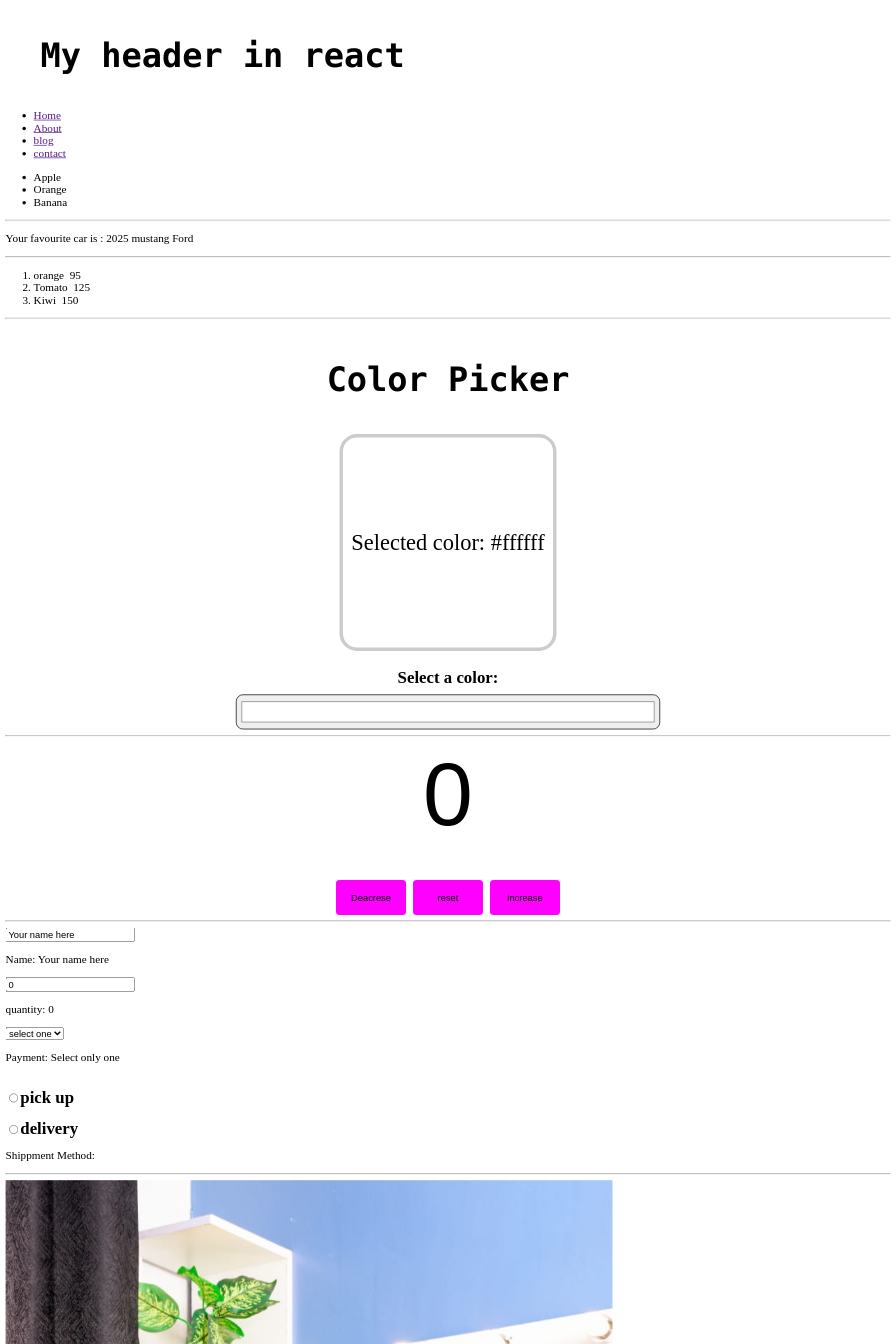
Repository: profbkmurage/reactLearning
Page: /
These files come from the project's save history. The page is drawn as it stood at one moment and after the next save; the edit follows.
The browser window is 1280 px wide. The pictures show the part of the page from y = 0 to 1920 px (the page is 4860 px tall before and 4886 px after), at 70% of full size.
The project was rebuilt for these pictures with package versions that can differ from the ones it lists, and the page was loaded fresh each time. Also part of the build but not shown: vite.config.js.

Above is the page before, as saved 2025-01-28 14:50:53.

### src/index.css
 .card{
  border: 1px solid hsl(0, 0%, 80%);
  border-radius: 10px;
  box-shadow: 5px 5px 5px hsl(0, 0, 0.1)                                5;
  padding: 20px;
  margin: 10px;
  text-align: center;
  max-width: 250px;
  display: inline-block;
}

.card .cardImage{
  border-radius: 50%;
  max-width: 70%;
  height: auto;
  margin-bottom: 8px;
}

.card .cardTitle{
  font-family: Arial, Helvetica, sans-serif;
  margin: 0;
  color: hsl(0, 0, 20%);
}

.card .cardText{
  font-family: Arial, Helvetica, sans-serif;
  color: hsl(0, 0, 30%);
}

.welcome-message{
  font-size: 2.5em;
  background-color: rgb(4, 74, 4);
  color: white;
  padding: 10px;
  border-radius: 5px;
  margin: 0;
}

.login-prompt{
  font-size: 2.5em;
  background-color: rgb(219, 14, 14);
  color: white;
  padding: 10px;
  border-radius: 5px;
  margin: 0;
}

.list-cartegory{
  font-size: 2.5em;
  font-weight:bold ;
  color: hsl(0, 0%, 100%);
  margin-bottom: 10px;
  text-align: center;
  border: 3px solid ;
  background-color: green;
  border-radius: 6px;
}


.list-item,.list-item{
  font-size: 2em;
  list-style: none;
  color: black;
  text-align: center;
  margin: 0;
}

.list-item li:hover{
  background-color: rgb(2, 73, 6);
  color: white;
}

.counter-div{
  text-align: center;
  font-family: Arial, Helvetica, sans-serif;
}

.count-display{
  font-size: 8em;
  margin-top: 0;
  margin-bottom: 50px;
}

.bttn{
   width: 100px;
   height: 50px;
   font-size: 1.2 em;
   margin: 0 5px;
   background-color: magenta;
   color: black;
   border: none;
   border-radius: 5px;
   cursor: pointer;
   display: inline-block;
   overflow: hidden;
}

.color-picker-container{
  display: flex;
  flex-direction: column;
  align-items: center;
}

h1{
  margin: 50px;
  font-size: 3rem;
  font-family: consolas;
}

.color-display{
  width: 300px;
  height: 300px;
  display: flex;
  justify-content: center;
  align-items: center;
  border: 5px solid hsl(0, 0%, 80%);
  border-radius: 25px;
  margin-bottom: 25px;
  transition: 0.25s ease;
}

.color-display p{
  color: hsl(0, 0, 20%);
  font-size: 2rem;
  text-align: center;
}

label{
  font-size: 1.5rem;
  font-weight: bold;
  margin-bottom: 10px;
}

input[type= "color"]{
  width: 48%;
  height: 50px;
  padding: 5px;
  border-radius: 10px;
  border: 3px solid hsl(0, 0, 80%);
}

### src/App.jsx
import Header from "./header";
import Footer from "./footer";
import Food from "./Food";
import Card from "./Card";
import Person from "./reactProps";
import profilePic from './assets/bk.jpg';
import UserGreeting from "./usergreeting";
import List from "./List";
import ReusableList from "./ReusableList";
import Button from "./Button";
import PicHide from "./PicHide";
import MyComponent from "./MyComponent.jsx"
import Counter from "./Counter.jsx";
import ChangeHandler from "./OnchangeFile.jsx";
import ColorPicker from "./ColorPicker.jsx";
import UpdaterFunction from "./UpdaterFunctions.jsx";
function App() {

    const fruits = [{ id:1 ,name: 'Banana', carlories: 50 },
                    { id: 2,name: 'orange', carlories: 95 },
                    { id: 3,name: 'Tomato', carlories: 125 },
                    { id: 4,name: 'Kiwi', carlories: 150 }
                    // the id willl help to give the key value which is necessary for react to keep track of the data in the list
    ];

    const vegetables = [{ id:5 ,name: 'Cabbage', carlories: 50 },
                    { id: 6,name: 'Kales', carlories: 95 },
                    { id: 7,name: 'Apple', carlories: 125 },
                    { id: 8,name: 'Brocolli', carlories: 150 }
                    // the id willl help to give the key value which is necessary for react to keep track of the data in the list
    ];

    const cars = [
    ];

  return (
    // since the retun statement here can only return one component, we tie all components in a fragment
    <>
      <Header></Header> {/* //can also be written as <Header/> */}

      <Food />
      <hr />
      <UpdaterFunction/>
      <hr />

      <List/> {/*this pulls from one componet that is not reusable*/}
      <hr />
      <ColorPicker/>
      <hr />
      <Counter/>
      <hr />
      <ChangeHandler/>
      <hr />
      <PicHide/>
      <hr />
     <MyComponent/>
      <hr />
      <Button/>
      <hr />
      <hr />
      <ReusableList items={fruits} cartegory ='Fruits'/> {/*this pulls from one componet that is reusable*/}
      <ReusableList items={vegetables} cartegory ='Vegetables '/> {/*this pulls from one componet that is reusable*/}
      {cars.length > 0 && <ReusableList items={cars} cartegory='Cars ' />} {/*this will render the car list conditionally such that when the list is empty then it will not appear on the frontend*/}
      <hr />

      <UserGreeting isLoggedIn= {true} userName= 'Prof'/>
      <hr />

      <Card/>
      <Card/>
      <hr />

      <Person name='Ben' imgsrc={profilePic} isStudent={false} description='lorem ihhdfcuyhyghfvvayhgjkjeijijeij' age={45} />
      <Person/>
      <hr />

      <Footer/>
    </>
  )
}
// card
export default App

### src/header.jsx

function Header() {
    // react components are only able to return one elememt only but you can tie children in the elements
    return (
        <header>
            <h1>My header in react</h1>
            <nav>
                <ul>
                    <li><a href="">Home</a></li>
                    <li><a href="">About</a></li>
                    <li><a href="">blog</a></li>
                    <li><a href="">contact</a></li>
                </ul>
            </nav>
        </header>
    )
}

export default Header;

### src/footer.jsx
function Footer() {
    return (
        <footer>
            <p>&copy;{new Date().getFullYear()} all rights reseved</p>
        </footer>
    )
}

export default Footer

### src/Food.jsx
function Food() {
    const food1 = 'Orange';
    const food2 = 'Banana';

    return (
        <ul>
            <li>Apple</li>
            <li>{food1}</li>
            <li>{food2}</li>
        </ul>
    )
}

export default Food

### src/Card.jsx
import profilePic from "./assets/bk.jpg"

function Card() {
    return (
        <div className="card">
            <img className="cardImage" src={profilePic} alt="" />
            <h2 className="cardTitle">Brian Murage</h2>
            <p className="cardText">I am a student currently taking a bachelors degree in education science</p>
        </div>
    );
}

export default Card

### src/reactProps.jsx
// you have to import proptypes so as to use and create the property types
import propTypes from "prop-types";
import defaultPic from "./assets/bk.jpg"

function Person(props) {
    return (
         <div className="card">
            <img className="cardImage" src={props.imgsrc} alt="a pic here" />
            <h2 className="cardTitle">{props.name}</h2>
            <p className="cardText">{props.description}</p>
            <p className="cardText">{props.age}</p>
            <p className="cardText">{props.isStudent ? 'yes' : 'no'} </p>
        </div>
    )
}

Person.propTypes = {
    name: propTypes.string,
    age: propTypes.number,
    description: propTypes.string,
    imgsrc: propTypes.string,
    isStudent: propTypes.bool
}
// props can have default values such that when not defined, these will take effect
Person.defaultProps = {
     name: 'no defined name',
    age: 'age not defined',
    description: 'no defined value here',
    imgsrc: defaultPic,
    isStudent: false
}

export default Person

### src/usergreeting.jsx
import propTypes from"prop-types"

function UserGreeting(props) {
    // if (props.isLoggedIn) {
    //     return (
    //         <h2>Welcome {props.userName}</h2>
    //     )
    // }this can be replced by a tenary operation
    const logInMessage = <h2 className="login-prompt">please login to continue</h2>;
    const loggedInMessage = <h2 className="welcome-message">welcome {props.userName}</h2>;

    return(props.isLoggedIn ? loggedInMessage : logInMessage)

}

UserGreeting.propTypes = {
    userName: propTypes.string,
    isLoggedIn: propTypes.bool
}

export default UserGreeting;

### src/List.jsx


function List() {
    const fruits = [{ id:1 ,name: 'Banana', carlories: 50 },
                    { id: 2,name: 'orange', carlories: 95 },
                    { id: 3,name: 'Tomato', carlories: 125 },
                    { id: 4,name: 'Kiwi', carlories: 150 }
                    // the id willl help to give the key value which is necessary for react to keep track of the data in the list
    ];
    // we can sort the list before we display it
    //fruits.sort((a, b) => a.name.localeCompare(b.name));  //this is using alphabetical
    // fruits.sort((a, b) => b.name.localeCompare(a.name));  //this is using reverse alphabetical

    // sorting by numerical values
    // fruits.sort((a,b) => b.carlories - a.carlories)

    // sorting by a specific criterion eg. get all that are greater than 94
    const lowCarlories = fruits.filter(fruit => fruit.carlories > 94);

    const listItems = lowCarlories.map(lowCarlorie => <li key={lowCarlorie.id}>
                                            {lowCarlorie.name} &nbsp;
                                            {lowCarlorie.carlories}
                                            </li>);
    return (
        <ol>{listItems}</ol>
    )
}

export default List

### src/ReusableList.jsx
import propTypes from 'prop-types';

function ReusableList(props) {
    const cartegory = props.cartegory;
    const itemList = props.items;

    const listItems = itemList.map(item => <li key={item.id}>
                                    {item.name}: &nbsp;
                                    <b>{item.calories}</b>
                                </li> );
    return (<>
        <h3 className='list-cartegory'>{cartegory}</h3>
        <ol className='list-item'>{listItems}</ol>
    </>)
}

ReusableList.propTypes = {
    cartegory : propTypes.string,
    items: propTypes.arrayOf(propTypes.shape({
        id: propTypes.number,
        name: propTypes.string,
        calories: propTypes.number
    }))
}

ReusableList.defaultProps = {
    cartegory: 'Cartegory',
    items: []
}

export default ReusableList;

### src/Button.jsx
function Button() {
    // const handleClick = () => alert('Hi there');

    let count = 0;
    const handleClickParams = (name) => {
        if (count < 3) {
            count++;
            alert(`${name} you clicked me ${count} times!`);
        } else {
            alert(name + ' stop clicking me now!')
        }

    }
    return (
        <>
        {/* <button onClick ={handleClick}>click me now 😂😂</button> */}
            <button onClick={()=>handleClickParams('Brian')}>click me now 😂😂</button>
            </>
    )
}

export default Button

### src/PicHide.jsx
function PicHide() {
    const imgURL = './src/assets/bk.jpg';

    const handleClick = (e) => e.target.style.display = 'none';

    return (
        <img onClick={(e)=> handleClick(e)} src={imgURL} alt="" ></img>
    )
}

export default PicHide

### src/MyComponent.jsx
import {useState} from "react";

function MyComponent() {
    const [name, setName] = useState('Guest');
    const [age, setAge] = useState(0);
    const [isEmployed, setIsEmployed] = useState(false);

    const updateName = () => {
        setName('Oswad Coberpolt')
    }

    const incrementAge = () => {
        setAge(age + 1);
    }

    const toogleEmployedStatus = () => {
        setIsEmployed(!isEmployed);
    }

    return (
        <div>
            <p>Name: {name}</p>
            <button onClick={updateName}>Set Name</button>

            <p>Age: {age}</p>
            <button onClick={incrementAge}>Set age</button>

            <p>Is Employed: {isEmployed?'Yes': 'No'}</p>
            <button onClick={toogleEmployedStatus}>Toogle employment status</button>
        </div>
    )
}

export default MyComponent;

### src/Counter.jsx
import  { useState } from "react";

function Counter() {
    let [counter, setCounter] = useState(0);

    const increment = () => {
        setCounter(counter++);
    }

    const decrement = () => {
        setCounter(counter--);
    }

    const reset = () => {
        setCounter(0);
    }

    return (
        <div className="counter-div">
            <p className="count-display">{counter}</p>
            <button onClick={decrement} className="bttn counter-decrease">Deacrese</button>
            <button onClick={reset} className="bttn reset">reset</button>
            <button onClick={increment} className="bttn increase">increase</button>
        </div>
    )

}

export default Counter

### src/OnchangeFile.jsx
import { useState } from "react";

function ChangeHandler() {
    const [name, setName] = useState('Your name here');
    const [quantity, setQuantity] = useState(0);
    const [paymentMode, setPaymentMode] = useState('Select only one');
    const [shippingMethod,setShipMethod] = useState('')

    function handleNameChange(event) {
        setName(event.target.value);
    }

    function handleQuantity(event) {
        setQuantity(event.target.value);
    }

    function handlePaymentMode() {
        setPaymentMode(event.target.value);
    }

    function handleShipment(event) {
        setShipMethod(event.target.value);
    }

    return (
        <div>
            <input type="text" value={name} onChange={handleNameChange} />
            <p>Name: {name}</p>

            <input type="number" value={quantity} onChange={handleQuantity } />
            <p>quantity: {quantity}</p>

            <select name="" id="" value={paymentMode} onChange={handlePaymentMode}>
                <option value="">select one</option>
                <option value="visa">visa</option>
                <option value="master">master</option>
                <option value="giftCard">giftCard</option>
                <option value="mpesa">mpesa</option>
            </select>
            <p>Payment: {paymentMode}</p>
            <br />
            <label >
                <input type="radio" value='pick up' checked = {shippingMethod === 'pick up'} onChange={handleShipment} />
                pick up
            </label><br />
            <br />
            <label >
                <input type="radio" value='delivery' checked = {shippingMethod === 'delivery'} onChange={handleShipment} />
                delivery
            </label><br />
            <p>Shippment Method: {shippingMethod}</p>
        </div>
    )
}

export default ChangeHandler;

### src/ColorPicker.jsx
import { useState } from "react";

function ColorPicker() {
    const [color, setColor] = useState("#ffffff");

    function handleColorChange(event) {
        setColor(event.target.value)
    }

    return (
        <div className="color-picker-container">
            <h1>Color Picker</h1>
            <div className="color-display" style={{ backgroundColor: color }}>
                <p>Selected color: {color}</p>
            </div>
            <label htmlFor="">Select a color: </label>
            <input type="color" value={color} onChange={handleColorChange} />
        </div>
    )
}

export default ColorPicker;

### src/UpdaterFunctions.jsx
import { useState } from "react";

function UpdaterFunction() {
    const [car, setCar] = useState({
        year: 2025,
        make: "Ford",
        model: "mustang"
    })

    return (
        <div>
            <p>Your favourite car is : {car.year} {car.model} {car.make}</p>
            {/* the goal here is to have the data in the paragraph change depending on what the user wants, so we need to have some inputs */}

        </div>
    )
}

export default UpdaterFunction;

Loaded but not shown: index.html (common file); src/main.jsx (common file)

After the next save:
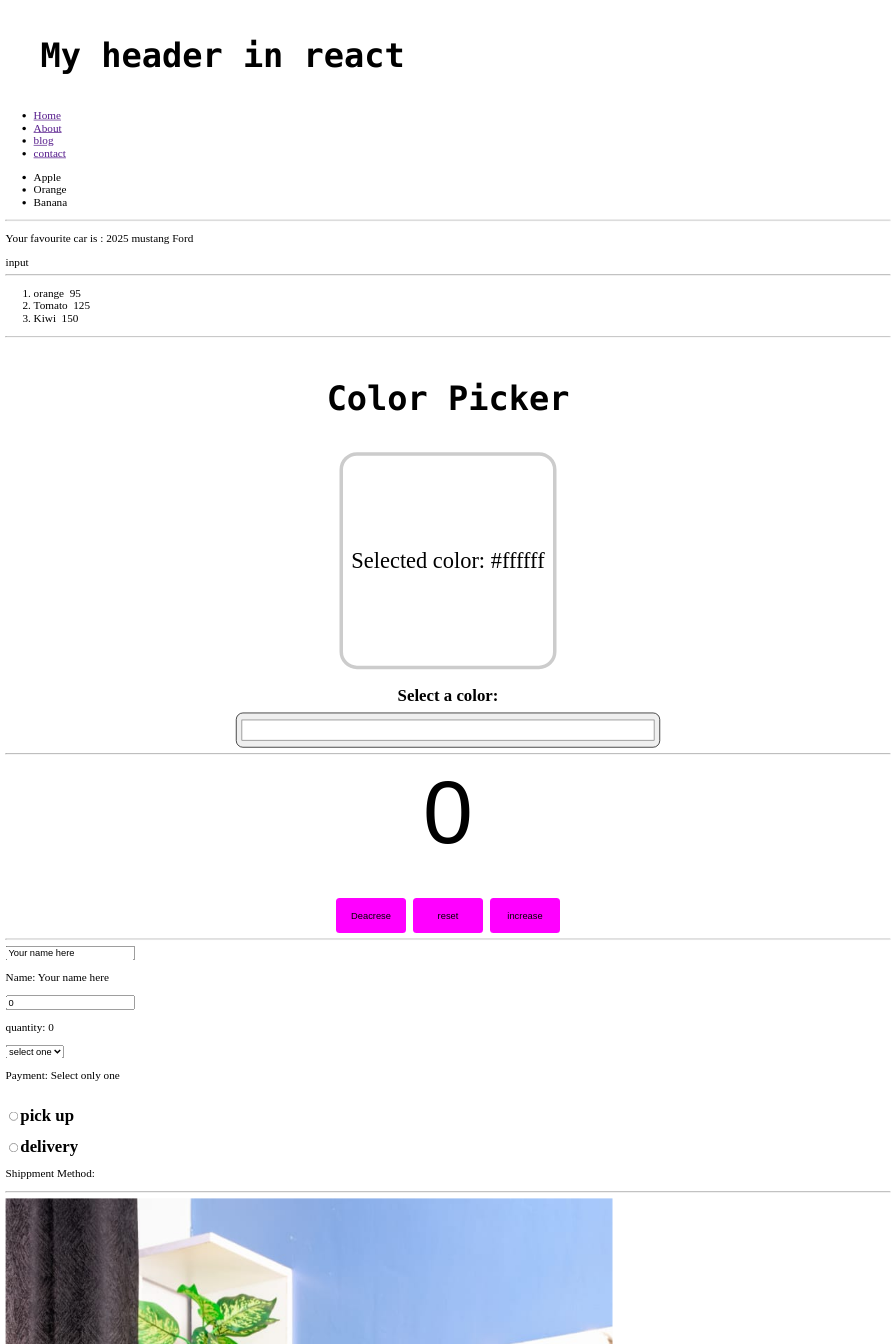
Saved 6 s later.
--- a/src/UpdaterFunctions.jsx
+++ b/src/UpdaterFunctions.jsx
@@ -11,7 +11,7 @@ function UpdaterFunction() {
         <div>
             <p>Your favourite car is : {car.year} {car.model} {car.make}</p>
             {/* the goal here is to have the data in the paragraph change depending on what the user wants, so we need to have some inputs */}
-
+            input
         </div>
     )
 }
